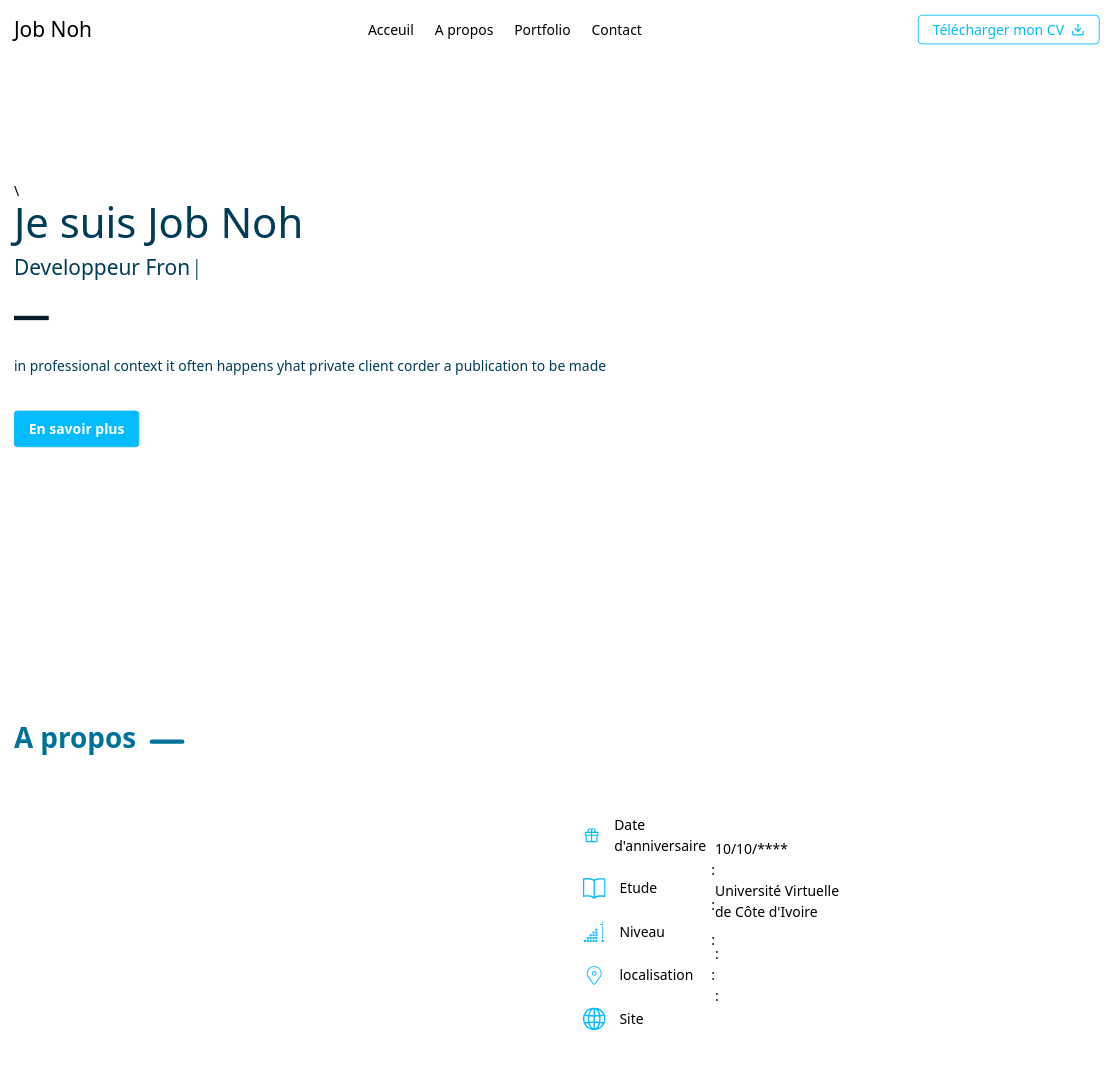
Repository: anoy1010/Nextportfolio
Page: /
These files come from the project's save history. The page is drawn as it stood at one moment and after the next save; the edit follows.
The browser window is 1280 px wide. The pictures show the whole page, at 87% of full size.
Backgrounds fixed to the window are drawn as part of the page. The project was rebuilt for these pictures with package versions that can differ from the ones it lists, and the page was loaded fresh each time. The framework's server and built-in components were replaced by stand-ins that run in the browser. Also part of the build but not shown: next.config.js, styles/Home.module.css.

Above is the page before, as saved 2023-03-06 17:51:06.

### pages/index.js
import Head from 'next/head'
import Image from 'next/image'
import { Inter } from '@next/font/google'
import styles from '../styles/Home.module.css'
import Navbar from '../components/Navbar'
import Hero from '../components/Hero'
import About from '../components/About'
const inter = Inter({ subsets: ['latin'] })

export default function Home() {
  return (
    <>
      <Head>
        <title>Portfolio | Noh Job</title>
        <meta name="description" content="Generated by create next app" />
        <meta name="viewport" content="width=device-width, initial-scale=1" />
        <link rel="icon" href="/favicon.ico" />
      </Head>

      <header>
        < Navbar />
      </header>

      <main>
        <Hero />
        <About/>
      </main>

    </>
  )
}

### styles/globals.css
@tailwind base;
@tailwind components;
@tailwind utilities;

@layer components {
  .btn{
    @apply bg-[#04bbff] text-white py-2 px-4 rounded inline-block mt-10 font-bold border border-[#04bbff] hover:bg-transparent hover:text-[#04bbff] transition duration-200
  }
}

### components/Navbar.js
import Link from 'next/link'
import React from 'react'
import {FiDownload} from 'react-icons/fi'
import {RiMenu5Line} from 'react-icons/ri'

const Navbar = () => {
  return (
    <div className='bg-white fixed top-0 w-[100%] z-10 '>
        <div className='container mx-auto flex justify-between items-center py-4 px-4'>
            <div className='text-[24px]'>Job Noh</div>

            <div className='hidden md:flex gap-6'>

                <Link href='/Acceuil' className='hover:text-[#04bbff]'>
                    Acceuil
                </Link>
                <Link href='/A propos' className='hover:text-[#04bbff]' >
                    A propos
                </Link>
                <Link href='/Portfolio' className='hover:text-[#04bbff]'>
                    Portfolio
                </Link>
                <Link href='/Contact' className='hover:text-[#04bbff]'>
                    Contact
                </Link>



            </div>

            <a href='#' className='hidden  md:flex border border-[#04bbff] px-4 py-1 text-[#04bbff] rounded-[5px] items-center gap-2 hover:bg-[#04bbff] hover:text-white transition duration-200 '>
                Télécharger mon CV
                <FiDownload/>
                </a>

            <div className='md:hidden text-[24px] '>
                <RiMenu5Line/>
            </div>
        </div>
    </div>
  )
}

export default Navbar

### components/Hero.js
import React from 'react'

import Typewriter, { TypewriterClass } from "typewriter-effect"
import Button from '../components/Button'

const Hero = () => {
  return (
    <div className='bg-[url("")] h-screen bg-cover bg-center bg-fixed flex items-center'>
        <div className='container mx-auto px-4'>\
            <div className='max-x-[450px] text-[#003c57] flex flex-col gap-[40px]'>
                <div>
                    <h1 className='text-5xl'>
                        Je suis Job Noh
                    </h1>
                    <h4 className=' text-2xl mt-3'>
                        <Typewriter
                            options = {{
                                strings: [
                                    "Developpeur Front-end",
                                    "Developpeur Back-end",
                                    "Analyste de donnée",
                                    "Chef de projet",
                                    "Graphic designer",
                                    "Developpeur mobile"
                                ],
                                changeDelay:3,
                                changeDeleteSpeed:2,
                                autoStart:true,
                                loop:true,
                            }}
                        />
                    </h4>
                </div>

                <div className='bg-[#051c24] h-[5px] w-[40px] '>
                </div>

                <div>
                    <p>
                    in professional context it often happens yhat private client
                    corder a publication to be made
                    </p>
                    <Button link="#" text="En savoir plus" />
                </div>

            </div>

        </div>
    </div>
  )
}

export default Hero

### components/About.js
import React from 'react'
import Heading from './Heading'


import {AiOutlineGift} from 'react-icons/ai'
import {TfiBook} from 'react-icons/tfi'
import {SlGlobe} from 'react-icons/sl'
import {CiLocationOn} from 'react-icons/ci'
import {GiLevelEndFlag} from 'react-icons/gi'

const About = () => {
  return (
    <section className='container mx-auto py-10 px-4'>

        <Heading title="A propos"/>

        <div className='grid grid-cols-1 md:grid-cols-2 gap-[60px]'>

            <div>
                <img className='w-[400px]' src="/" alt="" />
            </div>
            <div>
                <div className='flex items-center justify-between w-[300px]'>
                    <div className='flex flex-col gap-6'>

                        <div className='flex gap-4 items-center font-medium '>
                            <AiOutlineGift className='text-[#04bbff] text-[26px]' />
                            Date d'anniversaire
                        </div>
                        <div className='flex gap-4 items-center font-medium '>
                            <TfiBook className='text-[#04bbff] text-[26px]' />
                            Etude
                        </div>
                        <div className='flex gap-4 items-center font-medium '>
                            <GiLevelEndFlag className='text-[#04bbff] text-[26px]' />
                            Niveau
                        </div>
                        <div className='flex gap-4 items-center font-medium '>
                            <CiLocationOn className='text-[#04bbff] text-[26px]' />
                            localisation
                        </div>
                        <div className='flex gap-4 items-center font-medium '>
                            <SlGlobe className='text-[#04bbff] text-[26px]' />
                            Site
                        </div>

                    </div>

                    <div className='flex flex-col gap-4 text-[#051c24]-600'>
                        <div>:</div>
                        <div>:</div>
                        <div>:</div>
                        <div>:</div>

                    </div>

                    <div className='flex flex-col gap-6 text-[#051c24]-600'>
                        <div>10/10/****</div>
                        <div>Université Virtuelle de Côte d'Ivoire</div>
                        <div>:</div>
                        <div>:</div>

                    </div>

                </div>
            </div>
        </div>

    </section>
  )
}

export default About

### components/Button.js
import React from 'react'

const Button = ({text, link}) => {
  return (
    <a href={link}className='btn'>{text}</a>
  )
}

export default Button

### components/Heading.js
import React from 'react'

const Heading = ({title}) => {
  return (
    <div className='text-[#007198] text-[32px] font-bold flex items-center gap-4 py-16'>
        {title}
        <div className='bg-[#007198] h-[5px] w-[40px] translate-y-1 rounded'></div>
    </div>
  )
}

export default Heading

Loaded but not shown: pages/_app.js (common file); pages/_document.js (common file); tailwind.config.js (common file)

After the next save:
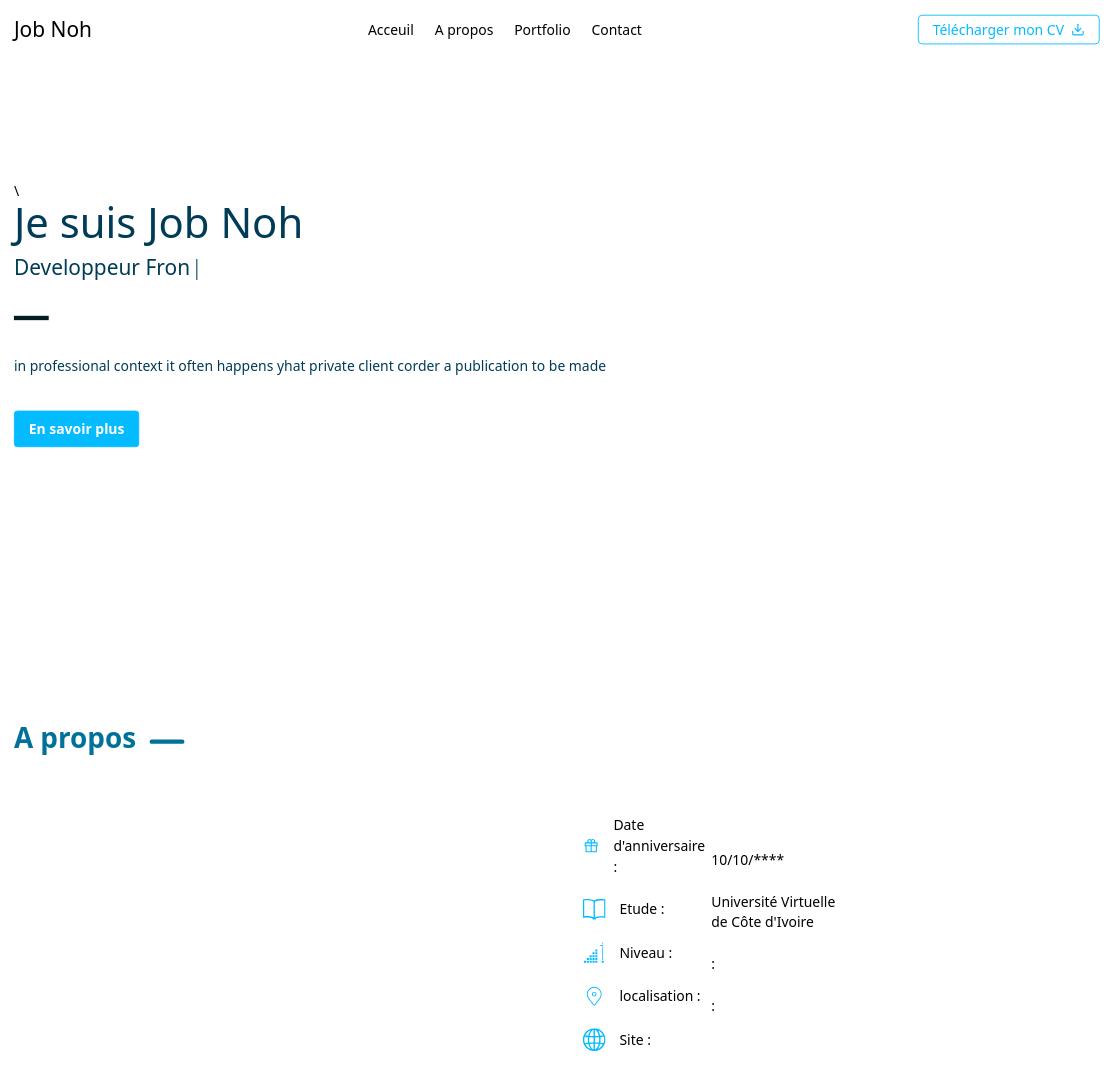
Saved 60 s later.
--- a/components/About.js
+++ b/components/About.js
@@ -25,34 +25,28 @@ const About = () => {
 
                         <div className='flex gap-4 items-center font-medium '>
                             <AiOutlineGift className='text-[#04bbff] text-[26px]' />
-                            Date d'anniversaire
+                            Date d'anniversaire :
                         </div>
                         <div className='flex gap-4 items-center font-medium '>
                             <TfiBook className='text-[#04bbff] text-[26px]' />
-                            Etude
+                            Etude :
                         </div>
                         <div className='flex gap-4 items-center font-medium '>
                             <GiLevelEndFlag className='text-[#04bbff] text-[26px]' />
-                            Niveau
+                            Niveau :
                         </div>
                         <div className='flex gap-4 items-center font-medium '>
                             <CiLocationOn className='text-[#04bbff] text-[26px]' />
-                            localisation
+                            localisation :
                         </div>
                         <div className='flex gap-4 items-center font-medium '>
                             <SlGlobe className='text-[#04bbff] text-[26px]' />
-                            Site
+                            Site :
                         </div>
 
                     </div>
 
-                    <div className='flex flex-col gap-4 text-[#051c24]-600'>
-                        <div>:</div>
-                        <div>:</div>
-                        <div>:</div>
-                        <div>:</div>
 
-                    </div>
 
                     <div className='flex flex-col gap-6 text-[#051c24]-600'>
                         <div>10/10/****</div>
